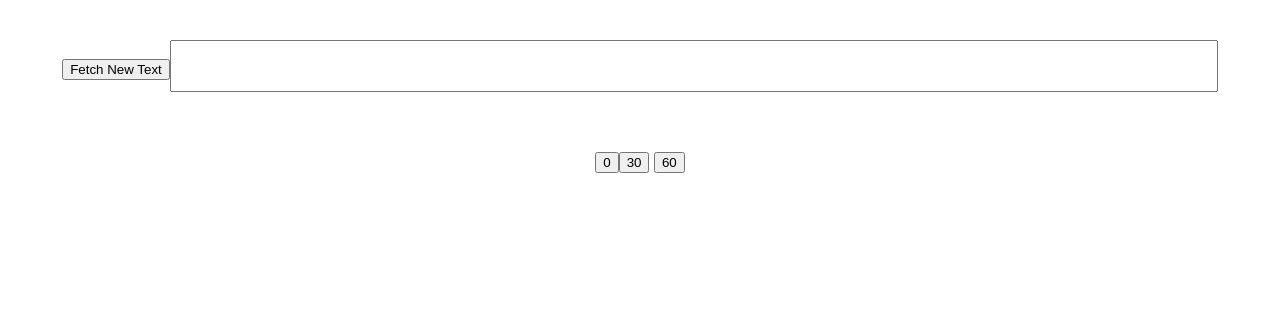
Repository: abhaysharma20233009/swiftKey
Page: / (app in frontend/my-app/)
An editor plug-in stored every save of this project. The page is shown before and after a run of saves, followed by the edit.
The browser window is 1280 px wide. The pictures show the whole page.
The page's requests for data from a server got no answer. The project was rebuilt for these pictures with package versions that can differ from the ones it lists, and the page was loaded fresh each time. No one was signed in, and anything a server would have sent is missing. Also part of the build but not shown: frontend/my-app/src/Results.js.

Above is the page before, as saved 2024-10-10 09:43:23.

### frontend/my-app/src/App.js
//App.js

import './App.css';
import React from 'react';
import { BrowserRouter as Router, Route, Routes } from 'react-router-dom';
import Swift from './Swifts';
import Results from './Results';

const App = () => {
    return (
        <Router>
			<div className="App">
            <Routes>
                <Route path="/" element={<Swift />} />
                <Route path="/results" element={<Results />} />
            </Routes>
			</div>
        </Router>
    );
};

export default App;

### frontend/my-app/src/Swifts.js
import React, { useState, useEffect } from 'react';

function Swifts() {
    const [message, setMessage] = useState('');
    const [inputValue, setInputValue] = useState('');
    const [currentWordIndex, setCurrentWordIndex] = useState(0);
    const [time, setTime] = useState(0); // Initialize time as a number
    const fetchMessages = async () => {
        try {
            const response = await fetch('http://localhost:7000/random-paragraph');
            const data = await response.json();
            if (data && typeof data === 'string') { // Ensure data is a string
                setMessage(data);
                setInputValue('');
                setCurrentWordIndex(0);
            } else {
                console.error('Invalid data format:', data);
            }
        } catch (error) {
            console.error('Error fetching messages:', error);
        }
    };

    useEffect(() => {
        fetchMessages();
    }, []);

    useEffect(() => {
        if (time > 0) {
            const timer = setTimeout(() => {
                window.location.href = '/results'; // Redirect to /results
            }, time * 1000); // Convert seconds to milliseconds

            return () => clearTimeout(timer);
        }
    }, [time]);

    const handleInputChange = (e) => {
        const value = e.target.value;
        setInputValue(value);

        const words = message.split(' ');
        const currentWord = words[currentWordIndex];

        if (currentWord && currentWord.startsWith(value.trim())) {
            if (value.trim() === currentWord) {
                setCurrentWordIndex((prevIndex) => prevIndex + 1);
                setInputValue('');
            }
        }
    };

    const words = message.split(' ');
    const currentWord = words[currentWordIndex] || '';

    return (
        <div style={{ textAlign: 'center', marginTop: '20px' }}>
            <button onClick={fetchMessages}>Fetch New Text</button>
            <input
                type="text"
                value={inputValue}
                onChange={handleInputChange}
                style={{
                    fontSize: '24px',
                    width: '80%',
                    padding: '10px',
                    margin: '20px 0',
                }}
                placeholder={currentWord.slice(inputValue.length)}
            />
            <div style={{ fontSize: '24px', marginTop: '10px' }}>
                {words.map((word, index) => (
                    <span
                        key={index}
                        style={{
                            padding: '0 5px',
                            color: index === currentWordIndex ? 'blue' : 'black',
                            textDecoration: index < currentWordIndex ? 'line-through' : 'none',
                        }}
                    >
                        {word}
                    </span>
                ))}
            </div>
            <button>{currentWordIndex}</button>
            <button onClick={() => setTime(30)}>30</button> {/* Update to use function */}
            <button onClick={() => setTime(60)}>60</button> {/* Update to use function */}
        </div>
    );
}

export default Swifts;

Loaded but not shown: frontend/my-app/public/index.html (common file); frontend/my-app/src/index.js (common file); frontend/my-app/src/index.css (common file); frontend/my-app/src/reportWebVitals.js (common file); frontend/my-app/src/App.css (common file)

After the next 2 saves:
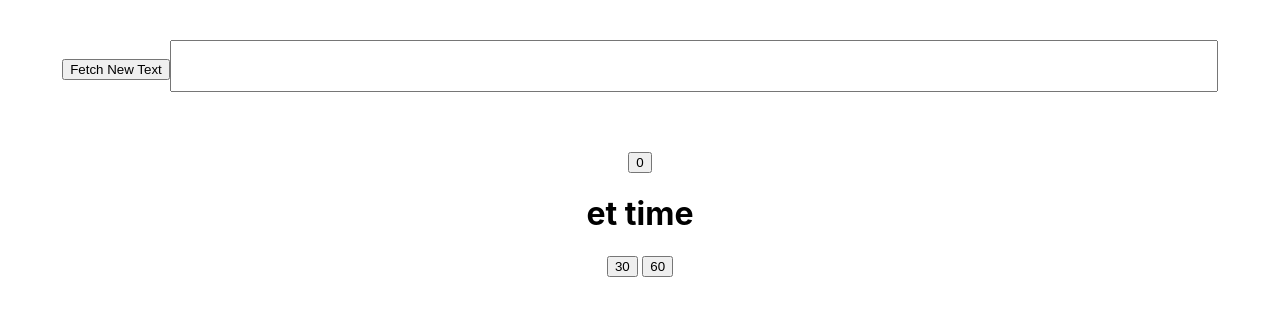
The 2 saves are shown as one change because 1 did not build or start.
The last was saved 4 min 19 s later.
--- a/frontend/my-app/src/Swifts.js
+++ b/frontend/my-app/src/Swifts.js
@@ -83,6 +83,7 @@ function Swifts() {
                 ))}
             </div>
             <button>{currentWordIndex}</button>
+            <h1>et time</h1>
             <button onClick={() => setTime(30)}>30</button> {/* Update to use function */}
             <button onClick={() => setTime(60)}>60</button> {/* Update to use function */}
         </div>
